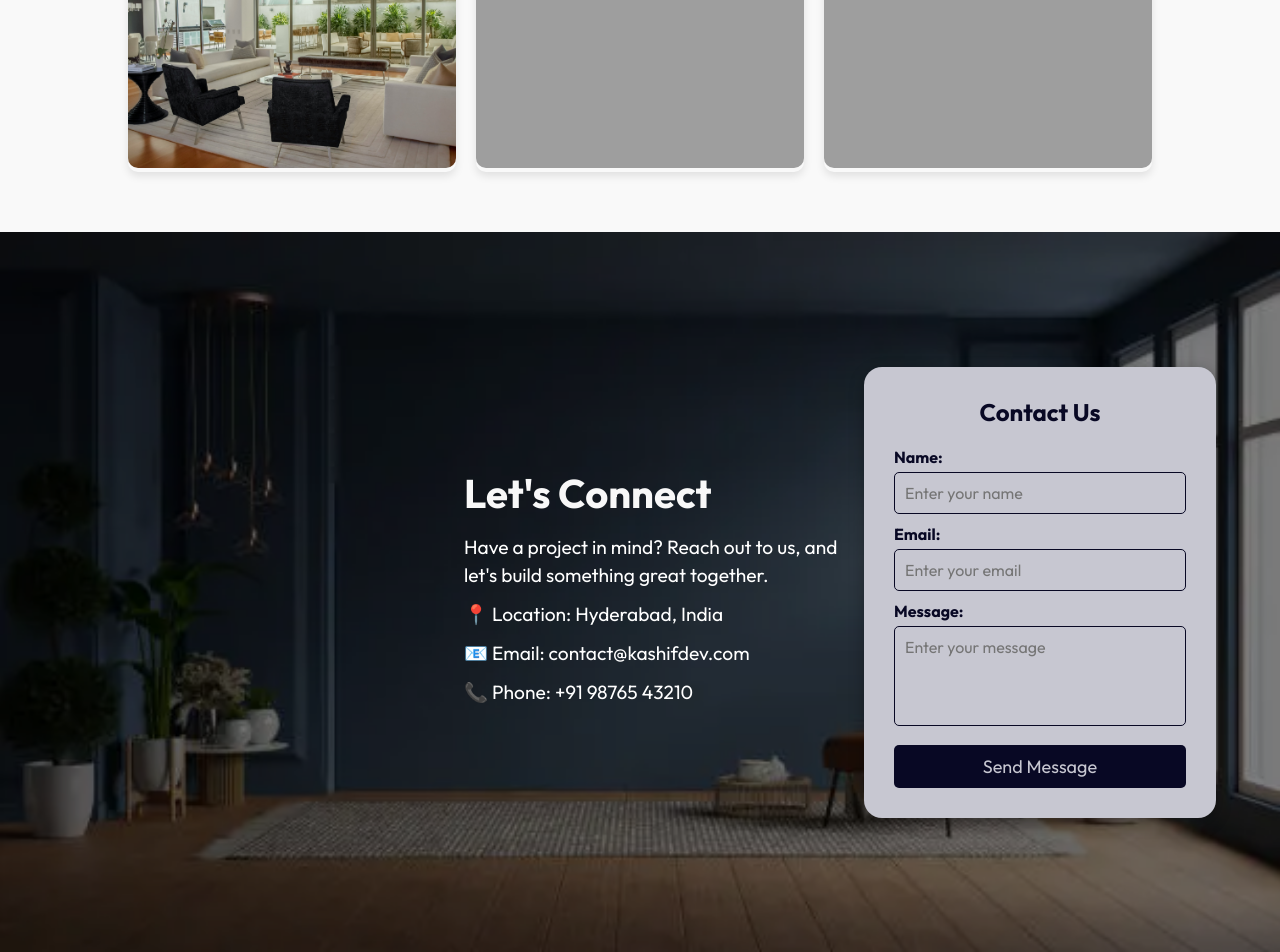
Repository: TechProjectss/Portfolio
Page: / (app in Merajweb/)
These files come from the project's save history. The page is drawn as it stood at one moment and after the next save; the edit follows.
The browser window is 1280 px wide. The pictures show the part of the page from y = 2747 to 3699 px (the page is 3699 px tall).
Pictures or frames that could not be fetched are drawn as grey boxes. The project was rebuilt for these pictures with package versions that can differ from the ones it lists, and the page was loaded fresh each time. Also part of the build but not shown: Merajweb/vite.config.js.

Above is the page before, as saved 2025-02-26 12:38:54.

After the next save:
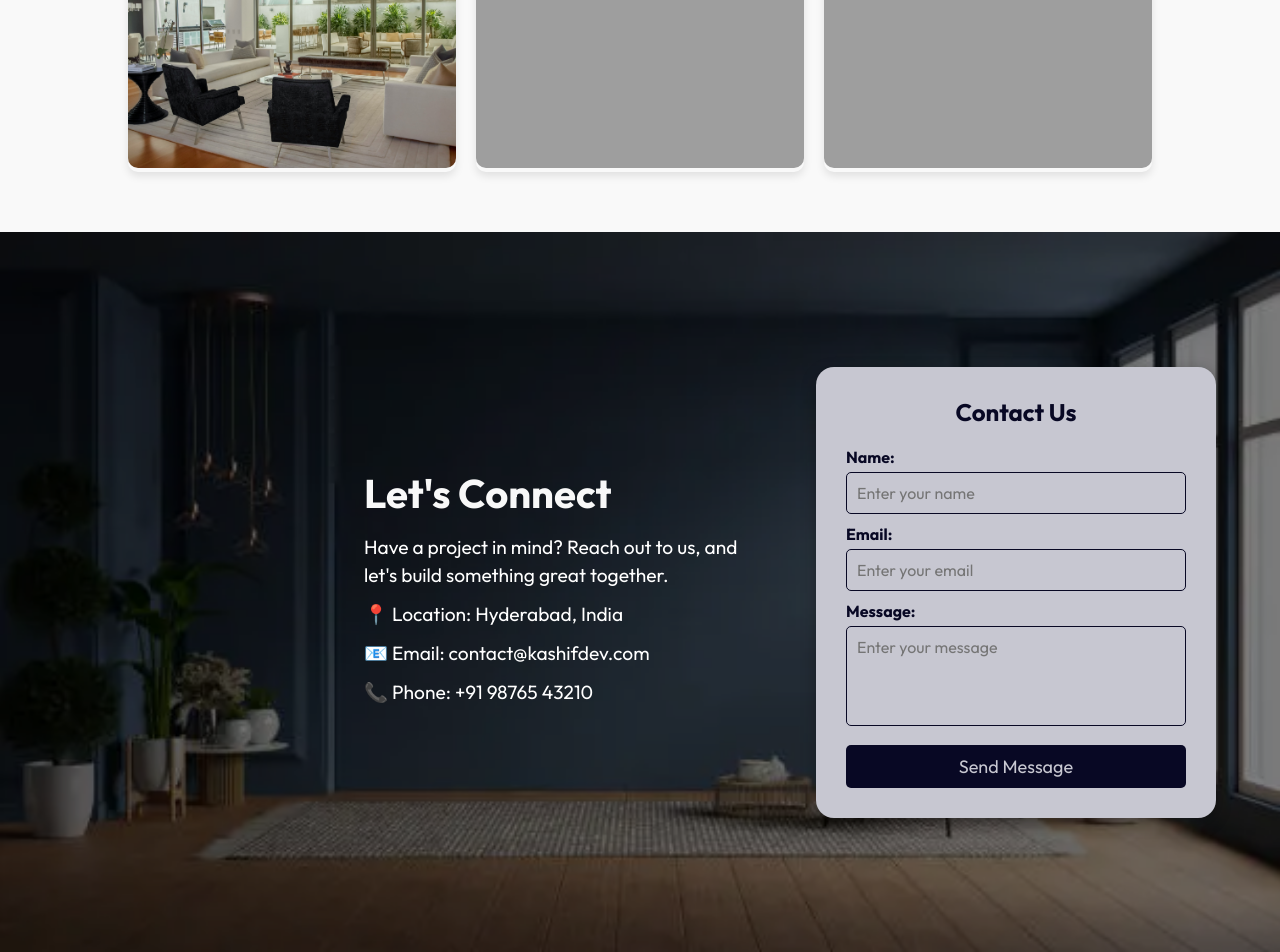
Saved 10 s later.
--- a/Merajweb/src/components/Contact/Contact.css
+++ b/Merajweb/src/components/Contact/Contact.css
@@ -22,7 +22,7 @@
 /* Left Side Content */
 .contact-info {
     max-width: 400px;
-    margin-left: 400px;
+    margin-left: 300px;
     color: #fff;
     position: relative;
     z-index: 2;
